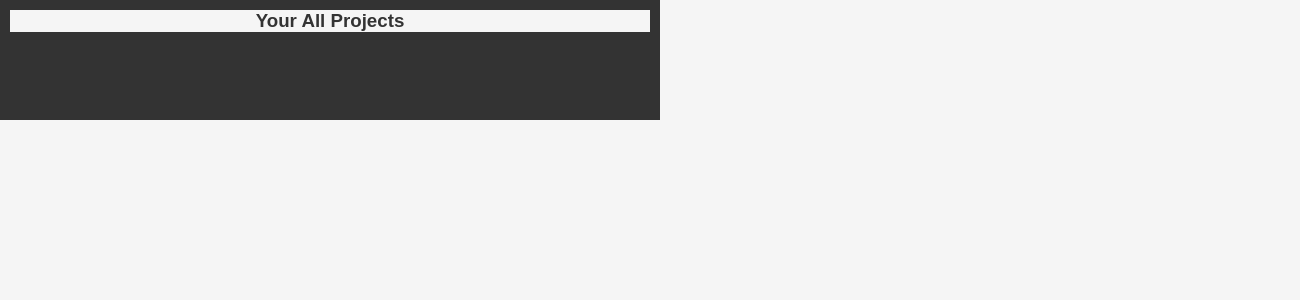
Repository: HAIDAR123654/CodeHuntMvcProject
Page: http://localhost/myportfolio/deleteproject.jsp
The author's editor kept a copy of each file at every save. The page is drawn from the files as they stood at one save, then again after the next save.
The browser window is 1280 px wide. The page is 1280 px wide, then 1300 px, so the pictures cover 1300 px, including what lies to the right of the window. The pictures show the whole page.
The page is served by Tomcat 9. Other server files are loaded and not shown. Queries for data that is not in the repository find no rows.

Above is the page before, as saved 2024-01-26 17:00:36.

### myportfolio/src/main/webapp/deleteproject.jsp
<%@page import="tech.codehunt.pojo.ProjectPojo"%>
<%@page import="java.util.ArrayList"%>
<%@page import="tech.codehunt.dao.ProjectDaoImpl"%>
<%@ page language="java" contentType="text/html; charset=ISO-8859-1"
	pageEncoding="ISO-8859-1"%>
<!DOCTYPE html>
<html lang="en">

<head>
<meta charset="UTF-8">
<meta name="viewport" content="width=device-width, initial-scale=1.0">
<title>Image and Delete Button</title>
<style>
* {
	margin: 0;
	padding: 0;
	font-family: 'Arial', sans-serif;
	background-color: #f5f5f5;
	color: #333;
}

header {
	background-color: #333;
	padding: 10px;
	text-align: center;
	width:50vw;
	height: 100px;
}

.section {
    margin:5px 10px;
	display: flex;
	align-items: center;
	justify-content: center;
}
 project{

 }
img {
	width: 300px;
	border-radius: 5px;
	box-shadow: 0 0 10px rgba(0, 0, 0, 0.1);
}

form {
	margin-top:2px;
}

button {
	background-color: #333;
	padding: 5px 20px;
	border: none;
	border-radius: 5px;
	cursor: pointer;
	transition: background-color 0.3s;
}

button:hover {
	background-color: orange;
}
</style>
</head>

<body>
	<header>
		<h3>Your All Projects</h3>
	</header>
	<%@include file="messageprint.jsp"%>
	<%
       ArrayList<ProjectPojo>  alpp =  new ProjectDaoImpl().readProject();
       for(ProjectPojo p : alpp){
    %>
	<div class="section">
		<div class="project">
		  <img src="images/myproject/<%=p.getFilename() %>" alt="Project Image">
		  <form action="Project" method="post">
			<input type="hidden" value="deleteproject" name="check" /> <input
				type="hidden" value="<%=p.getSn()%>" name="sn" /> <input
				type="hidden" value="<%=p.getFilename()%>" name="filename" />
			<button>Delete</button>
		  </form>
		</div>
	</div>

	<%
          }
    %>
</body>

</html>

### myportfolio/src/main/webapp/messageprint.jsp
<%
String message = (String)session.getAttribute("msg");
if(message != null)
{
%>
<h4 style="text-align: center; color: red;"><%=message%></h4>
<%
}
session.removeAttribute("msg");
%>

### myportfolio/src/main/java/tech/codehunt/dao/ProjectDao.java
package tech.codehunt.dao;

import java.util.ArrayList;

import javax.servlet.http.HttpServletRequest;

import tech.codehunt.pojo.ProjectPojo;

public interface ProjectDao {

	public String uploadProject(String uniqueFileName, HttpServletRequest req);

	public ArrayList<ProjectPojo> readProject();

	public String deleteProject(String fileName, String sn, HttpServletRequest request);

}

### myportfolio/src/main/java/tech/codehunt/dao/ProjectDaoImpl.java
package tech.codehunt.dao;

import java.sql.Connection;
import java.sql.PreparedStatement;
import java.sql.ResultSet;
import java.util.ArrayList;

import javax.servlet.http.HttpServletRequest;

import tech.codehunt.fileio.ProjectIO;
import tech.codehunt.pojo.ProjectPojo;

public class ProjectDaoImpl implements ProjectDao {

	private String sql;
	private Connection con;
	private PreparedStatement ps;
	private String result;
	private int row;
	private ResultSet rs;

	@SuppressWarnings("finally")
	@Override
	public String uploadProject(String uniqueFileName, HttpServletRequest req) {

		try {
			con = ConnectionFactory.getConnection();
			con.setAutoCommit(false);
			sql = "insert into project(filename) values(?)";
			ps = con.prepareStatement(sql);
			ps.setString(1, uniqueFileName);
			row = ps.executeUpdate();

			if (row == 1) {
                result = new ProjectIO().projectWrite(req, uniqueFileName);
                if(result.equals("success")) {
                	con.commit();
                	result = "uploaded";
                }
                else {
                	con.rollback();
                	result = "failed";
                }
			}

		} catch (Exception ex) {
			result = "failed";
			ex.printStackTrace();

		} finally {
			return result;
		}
	}

	@SuppressWarnings("finally")
	@Override
	public ArrayList<ProjectPojo> readProject() {
		ArrayList<ProjectPojo> arrayList = new ArrayList<ProjectPojo>();
		try {
			con = ConnectionFactory.getConnection();
			sql = "select * from project";

			ps = con.prepareStatement(sql);
			rs = ps.executeQuery();

			while(rs.next()) {
				ProjectPojo p = new ProjectPojo(rs.getInt("sn"), rs.getString("filename"));
				arrayList.add(p);
			}

		} catch (Exception ex) {
			ex.printStackTrace();

		} finally {
			return arrayList;
		}
	}

	@SuppressWarnings("finally")
	@Override
	public String deleteProject(String fileName, String sn,
			HttpServletRequest request) {

		try {
			con = ConnectionFactory.getConnection();
			con.setAutoCommit(false);
			sql = "delete from project where sn=?";
			ps = con.prepareStatement(sql);
			ps.setInt(1, Integer.parseInt(sn));
			row = ps.executeUpdate();

			if(row == 1) {
				result = new ProjectIO().projectDelete(request, fileName);
				if(result.equals("success")) {
					con.commit();
					result = "deleted";
				}
				else {
					con.rollback();
					result = "notdeleted";
				}
			}


		} catch (Exception ex) {
			result = "notdeleted";
			ex.printStackTrace();

		} finally {
			return result;
		}
	}

}

### myportfolio/src/main/java/tech/codehunt/dao/ConnectionFactory.java
package tech.codehunt.dao;

import java.sql.Connection;
import java.sql.SQLException;

import com.mysql.cj.jdbc.MysqlDataSource;

public class ConnectionFactory {

	private static Connection con;

	@SuppressWarnings("finally")
	public static Connection getConnection() {

		MysqlDataSource ds = new MysqlDataSource();
		ds.setUrl("jdbc:mysql://localhost:3306/myportfolio_codehunt");
		ds.setUser("root");
		ds.setPassword("HAIDAR@a123");

		try {
			con = ds.getConnection();
		} catch (SQLException e) {
			e.printStackTrace();
		}
		finally {
			return con;
		}
	}

}

After the next save:
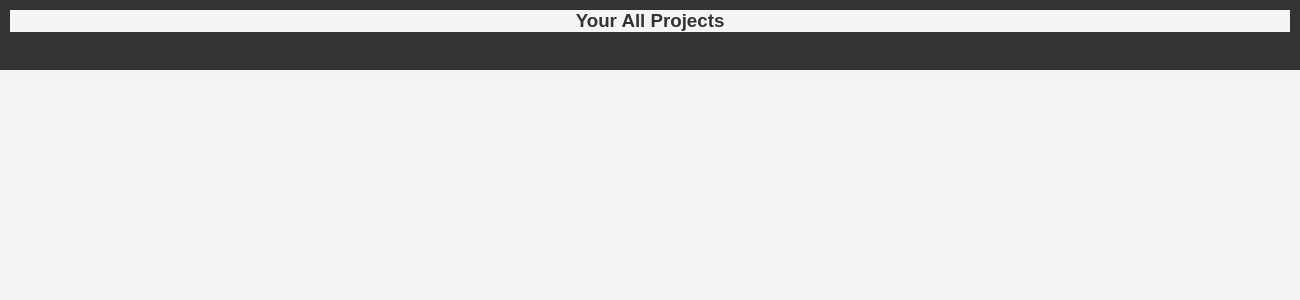
Saved 15 s later.
--- a/myportfolio/src/main/webapp/deleteproject.jsp
+++ b/myportfolio/src/main/webapp/deleteproject.jsp
@@ -23,8 +23,8 @@ header {
 	background-color: #333;
 	padding: 10px;
 	text-align: center;
-	width:50vw;
-	height: 100px;
+	width:100vw;
+	height: 50px;
 }
 
 .section {
